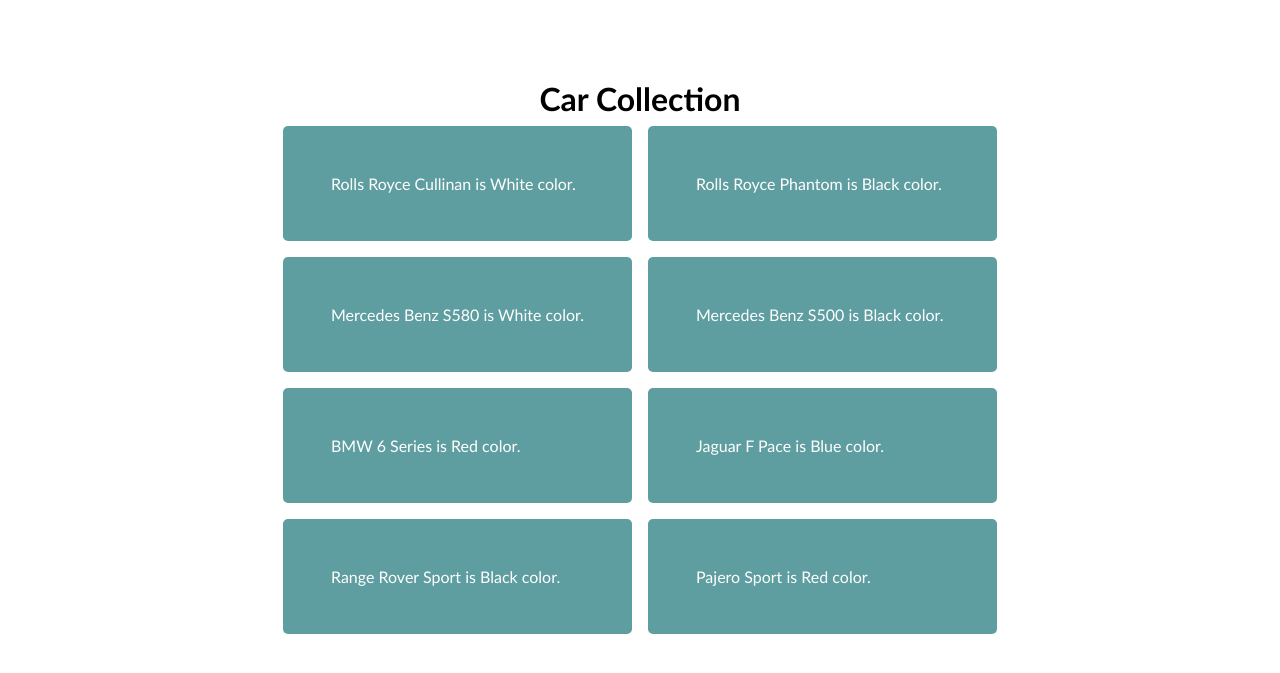
Repository: PrashantPanjwani/JSProjects
Page: P-Project2/index.html
The author's editor kept a copy of each file at every save. The page is drawn from the files as they stood at one save, then again after the next save.
The browser window is 1280 px wide. The pictures show the whole page.

Above is the page before, as saved 2024-06-03 20:30:25.

### P-Project2/index.html
<!DOCTYPE html>
<html lang="en">
<head>
    <meta charset="UTF-8">
    <meta name="viewport" content="width=device-width, initial-scale=1.0">
    <title>Document</title>
    <link rel="stylesheet" href="style.css">
</head>
<body>
    <h1>Car Collection</h1>
    <div id="info"></div>
    <script src="app.js"></script>
</body>
</html>

### P-Project2/style.css
*{
    box-sizing: border-box;
    margin: 0;
    padding: 0;
    font-family: 'Trebuchet MS', 'Lucida Sans Unicode', 'Lucida Grande',
    'Lucida Sans', Arial, sans-serif;
}
body{
    display: flex;
    flex-direction: column;
    justify-content: center;
    align-items: center;
    height: 100vh;
}
#info{
    display: grid;
    grid-template-columns: 1fr 1fr;
}
#info div{
    padding: 3rem;
    background: cadetblue;
    margin: 0.5rem;
    border-radius: 5px;
    color: white;
}

### P-Project2/app.js
let data = [
    {
        name: "Rolls Royce Cullinan",
        color: "White"
    },
    {
        name: "Rolls Royce Phantom",
        color: "Black"
    },
    {
        name: "Mercedes Benz S580",
        color: "White"
    },
    {
        name: "Mercedes Benz S500",
        color: "Black"
    },
    {
        name: "BMW 6 Series",
        color: "Red"
    },
    {
        name: "Jaguar F Pace",
        color: "Blue"
    },
    {
        name: "Range Rover Sport",
        color: "Black"
    },
    {
        name: "Pajero Sport",
        color: "Red"
    }

];

const info = document.querySelector('#info');

let details = data.map(function(item){
    return '<div>' + item.name + ' is ' + item.color + ' color.' + '</div>';

});
info.innerHTML = details.join('\n');

After the next save:
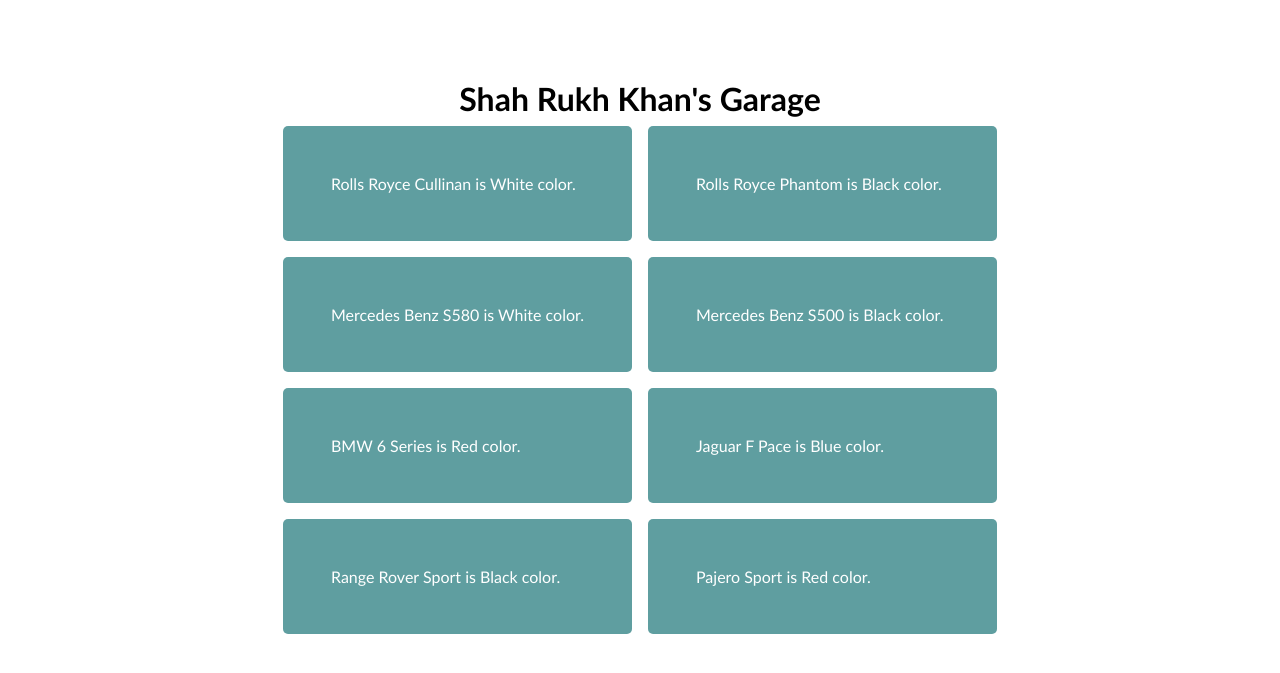
Saved 7 s later.
--- a/P-Project2/index.html
+++ b/P-Project2/index.html
@@ -7,7 +7,7 @@
     <link rel="stylesheet" href="style.css">
 </head>
 <body>
-    <h1>Car Collection</h1>
+    <h1>Shah Rukh Khan's Garage</h1>
     <div id="info"></div>
     <script src="app.js"></script>
 </body>
